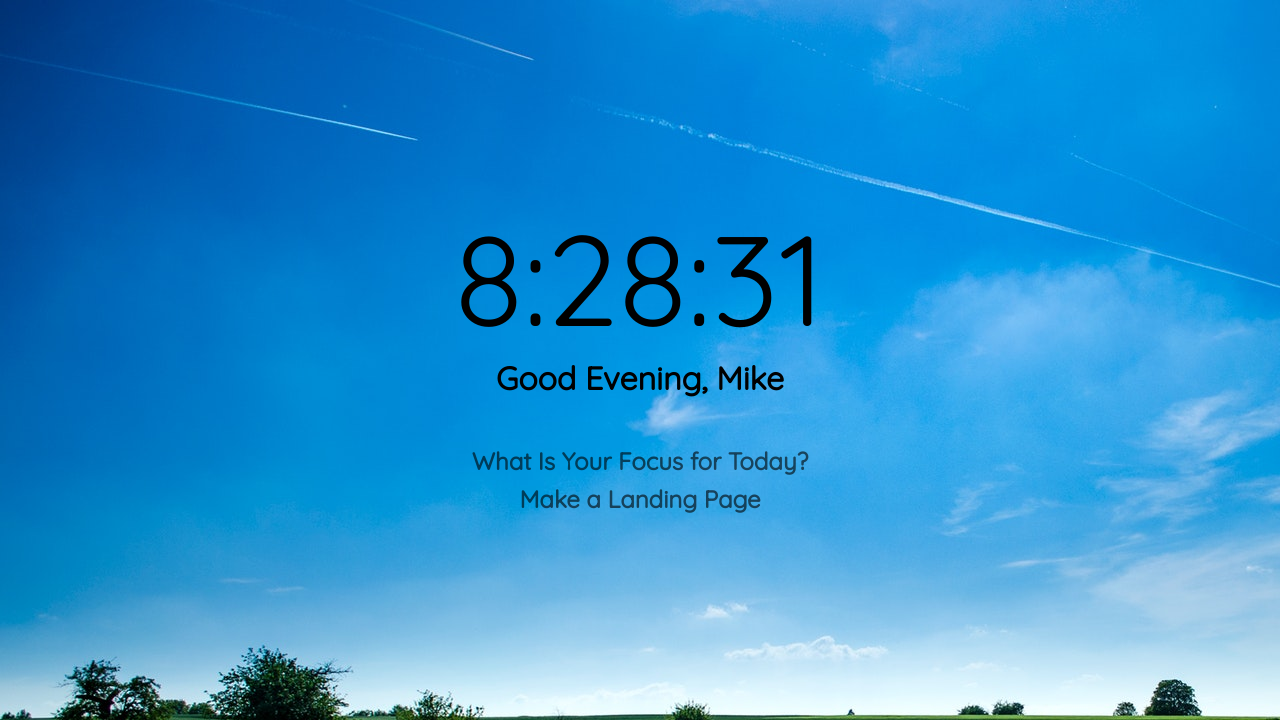
Repository: MikeTroianello/Landing-Page
Page: index.html
The author's editor kept a copy of each file at every save. The page is drawn from the files as they stood at one save, then again after the next save.
The browser window is 1280 px wide. The pictures show the whole page.

Above is the page before, as saved 2019-06-19 23:38:16.

After the next save:
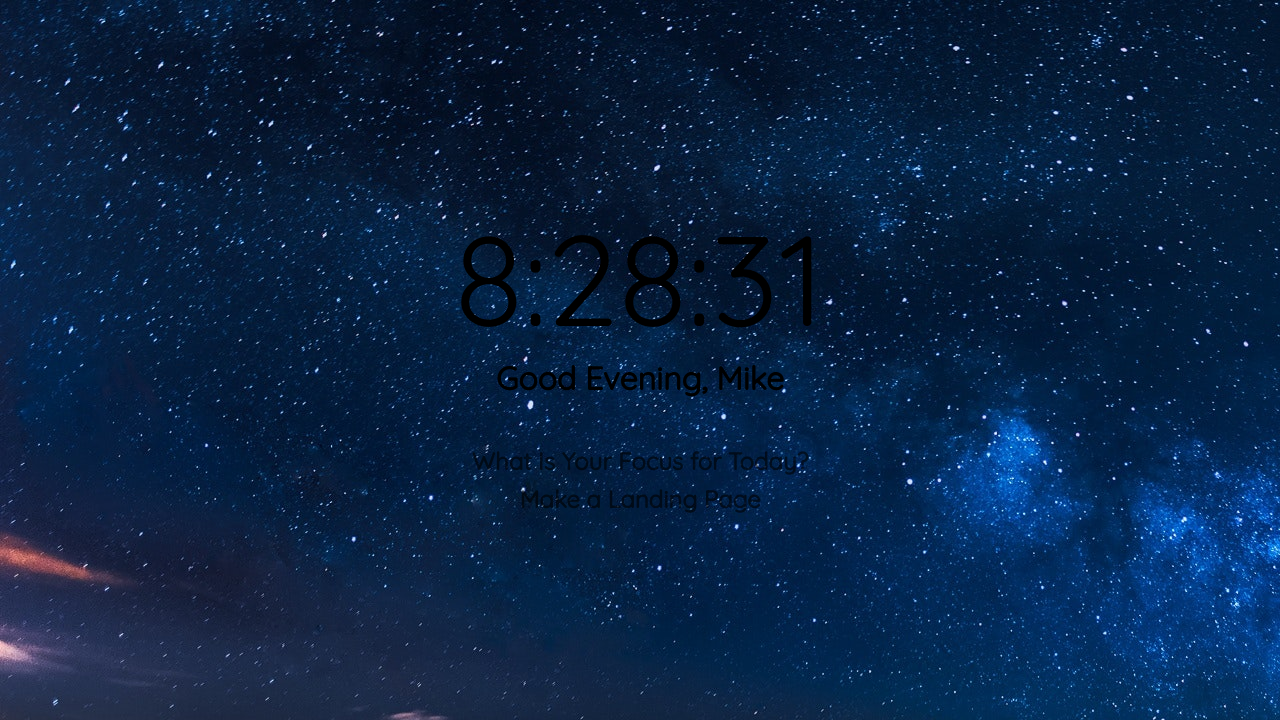
Saved 37 s later.
--- a/main.js
+++ b/main.js
@@ -40,11 +40,13 @@ function timeGreeting() {
 
   if (hour > 17) {
     greeting.innerText = 'Good Evening,';
-    document.body.style.backgroundImage = 'url(./img/afternoon.jpg)';
+    document.body.style.backgroundImage = 'url(./img/night.jpg)';
   } else if (hour < 12) {
     greeting.innerText = 'Good Morning,';
+    document.body.style.backgroundImage = 'url(./img/morning.jpg)';
   } else {
     greeting.innerText = 'Good Afternoon,';
+    document.body.style.backgroundImage = 'url(./img/afternoon.jpg)';
   }
 }
 
